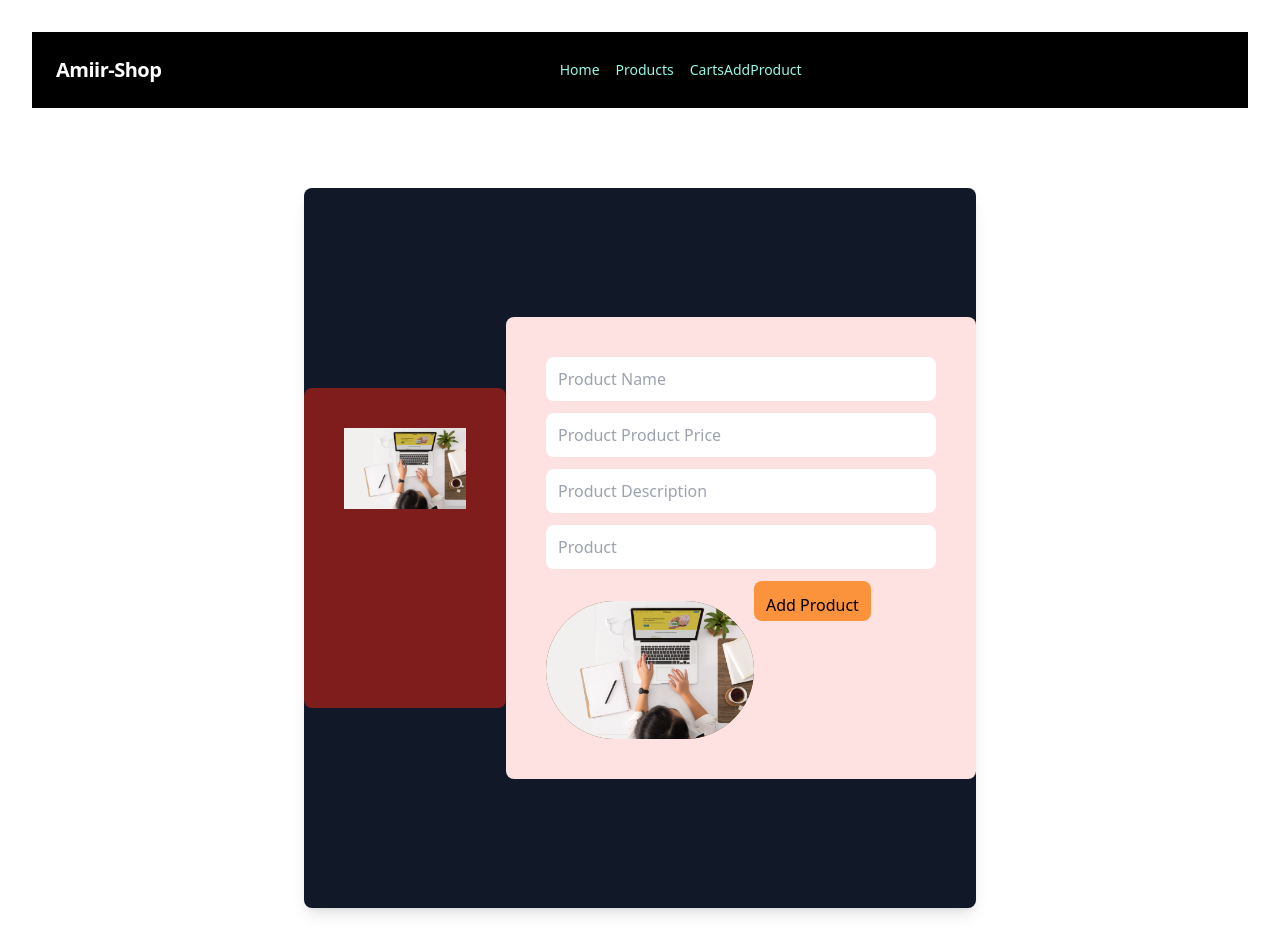
Repository: ENG-AMIIR-MUSE/ECommerce-app-using-react
Page: /addProducts
These files come from the project's save history. The page is drawn as it stood at one moment and after a run of saves; the edit follows.
The browser window is 1280 px wide. The pictures show the whole page.
The page's requests for data from a server got no answer. The project was rebuilt for these pictures with package versions that can differ from the ones it lists, and the page was loaded fresh each time. No one was signed in, and anything a server would have sent is missing. Also part of the build but not shown: vite.config.js, src/Components/productList.js, src/Components/productCard.js.

Above is the page before, as saved 2023-06-24 19:51:27.

### src/main.jsx
import React from 'react'
import ReactDOM from 'react-dom/client'
import App from './App.jsx'
import './index.css'

import { BrowserRouter }  from 'react-router-dom'



ReactDOM.createRoot(document.getElementById('root')).render(
  <React.StrictMode>
    <BrowserRouter>
    <App />
    </BrowserRouter>

  </React.StrictMode>,

)

### src/App.jsx
import { useEffect } from 'react'
import { useState } from 'react'
import axios from 'axios'
import ProductList from './Components/ProductList'
import ProductCard from './Components/ProductCard'

import './App.css'

import {NavBar} from './Components/NavBar'
import {  Routes,Route } from 'react-router-dom'

import AddProduct from './Components/AddProduct'

function App() {
const [products,setProducts] =  useState([])

useEffect(()=>{
  axios.get('https://fakestoreapi.com/products')
  .then((response)=>{
    // console.log(response)
   setProducts(response.data)
  }).catch((er)=>{
    console.log(er.response)
  })

})

  return (
    <>

    {/* {console.log(products)} */}
    <NavBar/>

    {/* <ProductCard/> */}
    <Routes>
    <Route path="/"/>
    <Route path="/products" element={<ProductList products ={products}/>}/>

    <Route path="/products/:id" element={<ProductCard products = {products}/>}/>
  <Route path="/addProducts/" element={<AddProduct/>}/>
  </Routes>
    </>


  )


}

export default App

### src/Components/NavBar.jsx
import React from 'react'
import {Link } from 'react-router-dom'
 export function NavBar() {
  return (
    <>
    <nav className=" items-center justify-between flex-wrap bg-black p-6 mb-20 h-auto p-5">
  <div className="flex items-center flex-shrink-0 text-white mr-6">

    <span className="font-semibold text-xl tracking-tight">Amiir-Shop</span>


  <div className="w-full block flex-grow lg:flex lg:items-center lg:w-auto">
    <div className="text-sm lg:flex-grow">
      <Link to="/" className="block mt-4 lg:inline-block lg:mt-0 text-teal-200 hover:text-white mr-4">
        Home
      </Link>
      <Link to="/products" className="block mt-4 lg:inline-block lg:mt-0 text-teal-200 hover:text-white mr-4">
        Products
      </Link>
      <Link to="/carts" className="block mt-4 lg:inline-block lg:mt-0 text-teal-200 hover:text-white">
        Carts
      </Link>
      <Link to="/addProducts" className="block mt-4 lg:inline-block lg:mt-0 text-teal-200 hover:text-white">
        AddProduct
      </Link>
    </div>

  </div>
  </div>
</nav>
    </>
  )

 }

### src/Components/AddProduct.jsx
import React from "react";
import reactsvg from '../assets/weImage.jpg'
const  AddProduct = ()=>{

    return(

        <div  className="bg-gray-900 mt-0  text-black  min-h-screen flex flex-col lg:flex-row lg:max-w-2xl  max-w-sm mx-auto justify-center items-center  shadow-lg rounded-lg ">
          <div className="w-96 rounded-lg mx-auto  bg-red-900  m-5 h-80 p-10">
           <img src= {reactsvg}  alt="missing-product-image"/>
          </div>
          <div className="mx-auto p-10 m-10 rounded-lg bg-red-100">
          <form className="space-y-3">

           <input type="text"placeholder="Product Name" className="w-full  rounded-lg h-11  pl-3"/>
          <input type="text"placeholder="Product Product Price" className="w-full rounded-lg h-11  pl-3"/>
          <input type="text"placeholder="Product Description" className="w-full rounded-lg h-11  pl-3"/>
           <input type="text" placeholder="Product"className="w-full rounded-lg h-11 pl-3 "/>
           <div className="flex felx-row">
             <img src={reactsvg} alt="" className="rounded-full w-52 mt-5  max-w-md  object-contain bg-yellow-900" />
             <input type="submit" className = "rounded-lg bg-orange-400 p-3 h-10 "value="Add Product"/>
           </div>
          </form>
          </div>
        </div>
    )
}
export default AddProduct;

Loaded but not shown: index.html (common file); src/index.css (common file); src/App.css (common file); tailwind.config.js (common file)

After the next 3 saves:
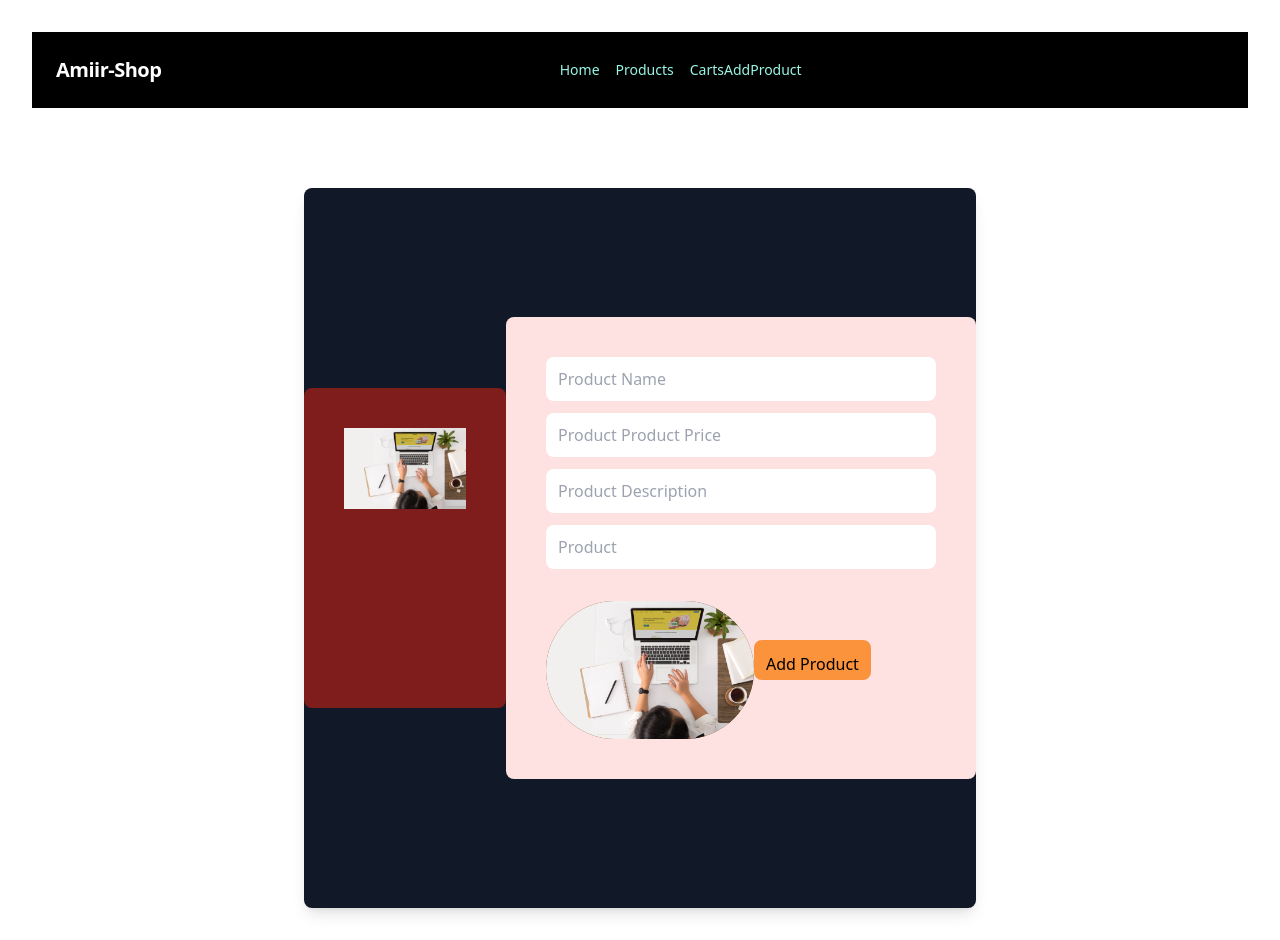
The 3 saves are shown as one change because they came seconds apart.
The last was saved 23 s later.
--- a/src/Components/AddProduct.jsx
+++ b/src/Components/AddProduct.jsx
@@ -15,7 +15,7 @@ const  AddProduct = ()=>{
           <input type="text"placeholder="Product Product Price" className="w-full rounded-lg h-11  pl-3"/>
           <input type="text"placeholder="Product Description" className="w-full rounded-lg h-11  pl-3"/>
            <input type="text" placeholder="Product"className="w-full rounded-lg h-11 pl-3 "/>
-           <div className="flex felx-row">
+           <div className="flex felx-row items-center just">
              <img src={reactsvg} alt="" className="rounded-full w-52 mt-5  max-w-md  object-contain bg-yellow-900" />
              <input type="submit" className = "rounded-lg bg-orange-400 p-3 h-10 "value="Add Product"/>
            </div>
